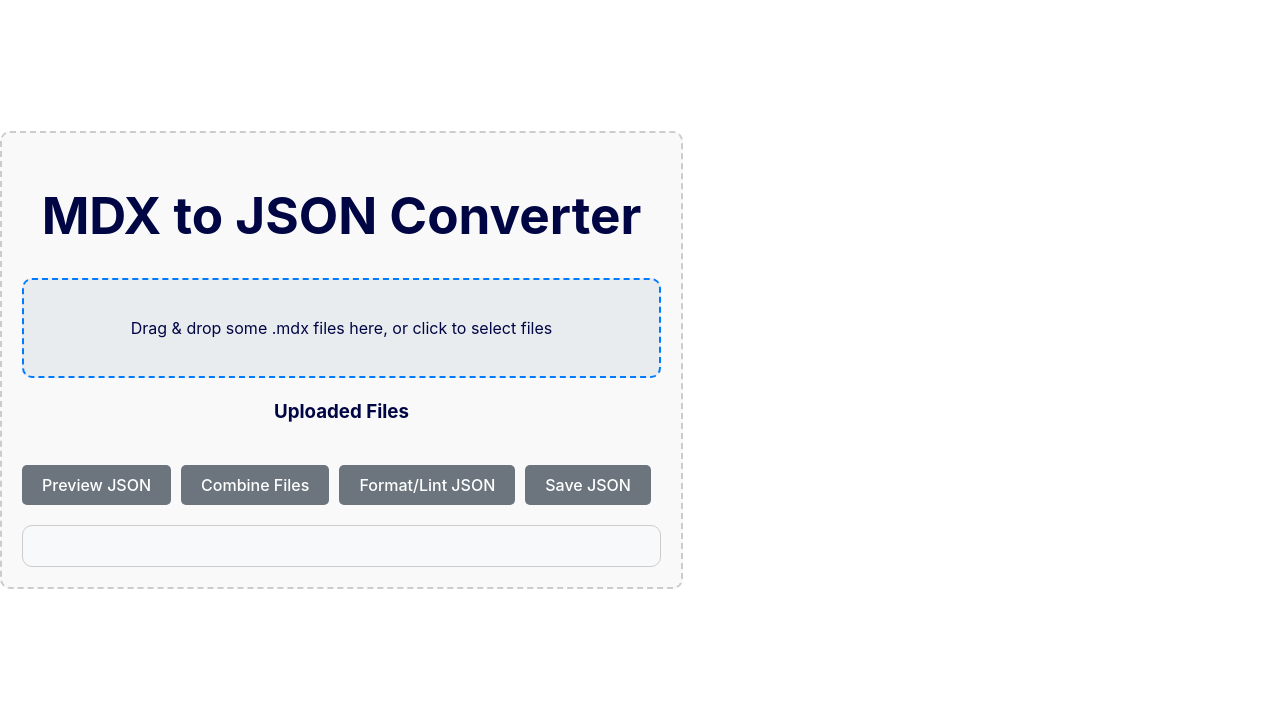
Repository: LayerDynamics/mdx-to-json
Page: /
The author's editor kept a copy of each file at every save. The page is drawn from the files as they stood at one save, then again after the next save.
The browser window is 1280 px wide. The pictures show the whole page.
The project was rebuilt for these pictures with package versions that can differ from the ones it lists, and the page was loaded fresh each time. Also part of the build but not shown: vite.config.ts.

Above is the page before, as saved 2024-08-20 08:22:02.

### src/App.tsx
import React, { useState, useCallback, useEffect } from 'react';
import { useDropzone } from 'react-dropzone';
import { parseMDX, createKnowledgeBaseEntry } from './utils/mdxUtils';
import { Container, Button, DropzoneArea, PreviewContainer } from './styles';
import FileList from './components/FileList';
import FormatButton from './components/FormatButton';

interface KnowledgeBaseEntry {
    title: string;
    tags: string[];
    category: string;
    content: string;
    updatedAt: string;
}

const App: React.FC = () => {
    const [mdxFiles, setMdxFiles] = useState<File[]>([]);
    const [jsonEntries, setJsonEntries] = useState<KnowledgeBaseEntry[]>([]);
    const [combinedJson, setCombinedJson] = useState<KnowledgeBaseEntry | null>(null);

    const onDrop = useCallback((acceptedFiles: File[]) => {
        setMdxFiles([...mdxFiles, ...acceptedFiles]);
    }, [mdxFiles]);

    const { getRootProps, getInputProps } = useDropzone({ onDrop, accept: '.mdx' });

    const handlePreview = async () => {
        const entries: KnowledgeBaseEntry[] = [];

        for (const file of mdxFiles) {
            const content = await file.text();
            const parsed = await parseMDX(content);
            const entry = createKnowledgeBaseEntry(parsed.metadata, parsed.content);
            entries.push(entry);
        }

        console.log('Preview JSON entries:', entries);  // Debugging line

        setJsonEntries(entries);
    };

    const handleCombine = () => {
        console.log('JSON entries before combine:', jsonEntries);  // Debugging line

        const combined = jsonEntries.reduce(
            (acc, curr) => ({
                ...acc,
                title: acc.title + ' & ' + curr.title,
                tags: [...new Set([...acc.tags, ...curr.tags])],
                category: acc.category + ' & ' + curr.category,
                content: acc.content + '\n' + curr.content,
                updatedAt: new Date().toISOString(),
            }),
            { title: '', tags: [], category: '', content: '', updatedAt: '' }
        );

        console.log('Combined JSON:', combined);  // Debugging line

        setCombinedJson(combined);
    };

    const handleSave = () => {
        console.log('Saving JSON:', combinedJson || jsonEntries);  // Debugging line

        const blob = new Blob([JSON.stringify(combinedJson || jsonEntries, null, 2)], { type: 'application/json' });
        const url = URL.createObjectURL(blob);
        const link = document.createElement('a');
        link.href = url;
        link.download = 'knowledge_base.json';
        link.click();
        URL.revokeObjectURL(url);
    };

    const handleDeleteFile = (index: number) => {
        const newFiles = [...mdxFiles];
        newFiles.splice(index, 1);
        setMdxFiles(newFiles);
    };

    const handleFormat = (formattedEntries: KnowledgeBaseEntry[]) => {
        setJsonEntries(formattedEntries);
    };

    // For debugging, you can set some initial dummy data to test
    // useEffect(() => {
    //     setJsonEntries([{
    //         title: 'Test',
    //         tags: ['tag1'],
    //         category: 'Category',
    //         content: 'Test content',
    //         updatedAt: '2024-08-20T12:00:00Z'
    //     }]);
    // }, []);

    return (
        <Container>
            <h1>MDX to JSON Converter</h1>
            <DropzoneArea {...getRootProps()}>
                <input {...getInputProps()} />
                <p>Drag & drop some .mdx files here, or click to select files</p>
            </DropzoneArea>

            <FileList files={mdxFiles} onDelete={handleDeleteFile} />

            <Button onClick={handlePreview} disabled={mdxFiles.length === 0}>Preview JSON</Button>
            <Button onClick={handleCombine} disabled={jsonEntries.length < 2}>Combine Files</Button>
            <FormatButton jsonEntries={jsonEntries} onFormat={handleFormat} />
            <Button onClick={handleSave} disabled={jsonEntries.length === 0 && !combinedJson}>Save JSON</Button>

            <PreviewContainer>
                {combinedJson
                    ? JSON.stringify(combinedJson, null, 2)
                    : jsonEntries.map((entry, index) => (
                          <div key={index}>
                              <h3>{entry.title}</h3>
                              <pre>{JSON.stringify(entry, null, 2)}</pre>
                              <hr />
                          </div>
                      ))}
            </PreviewContainer>
        </Container>
    );
};

export default App;

### src/utils/mdxUtils.ts
// src/utils/mdxUtils.ts
import { unified } from 'unified';
import rehypeParse from 'rehype-parse';
import rehypeRemark from 'rehype-remark';
import remarkParse from 'remark-parse';
import remarkStringify from 'remark-stringify';
import { compile } from '@mdx-js/mdx';
import matter from 'gray-matter';
import { Buffer } from 'buffer';

globalThis.Buffer = Buffer;

export async function parseMDX(mdxContent: string) {
    const { content, data } = matter(mdxContent);

    const jsx = await compile(content);
    return { content: String(jsx), metadata: data };
}

export function convertToPlainText(jsxContent: string) {
    return unified()
        .use(rehypeParse, { fragment: true })
        .use(rehypeRemark)
        .use(remarkParse)
        .use(remarkStringify)
        .processSync(jsxContent).toString();
}

export function createKnowledgeBaseEntry(metadata: any, content: string) {
    return {
        title: metadata.title || 'Untitled',
        tags: metadata.tags || [],
        category: metadata.category || 'General',
        content: convertToPlainText(content),
        updatedAt: metadata.date || new Date().toISOString(),
    };
}

### src/styles.ts
// src/styles.ts
import styled from 'styled-components';

export const Container = styled.div`
    max-width: 800px;
    margin: 0 auto;
    padding: 20px;
    text-align: center;
    border: 2px dashed #ccc;
    border-radius: 10px;
    background-color: #f9f9f9;
    color: #000543;
    position: relative;
    z-index: 1;
`;

export const Button = styled.button`
    padding: 10px 20px;
    margin-top: 20px;
    margin-right: 10px;
    background-color: #007bff;
    color: white;
    border: none;
    border-radius: 5px;
    cursor: pointer;
    z-index: 10;
    position: relative;

    &:hover {
        background-color: #0056b3;
    }

    &:disabled {
        background-color: #6c757d;
        cursor: not-allowed;
    }
`;

export const DropzoneArea = styled.div`
    padding: 20px;
    border: 2px dashed #007bff;
    border-radius: 10px;
    background-color: #e9ecef;
    margin-bottom: 20px;
    cursor: pointer;
    position: relative;
    z-index: 2;

    &:hover {
        background-color: #dee2e6;
    }
`;


export const PreviewContainer = styled.div`
    margin-top: 20px;
    text-align: left;
    white-space: pre-wrap;
    background-color: #f8f9fa;
    padding: 20px;
    border-radius: 10px;
    border: 1px solid #ccc;
    position: relative;
    z-index: 5;
`;

### src/components/FileList.tsx
// src/components/FileList.tsx
import React from 'react';

interface FileListProps {
    files: File[];
    onDelete: (index: number) => void;
}

const FileList: React.FC<FileListProps> = ({ files, onDelete }) => {
    return (
        <div>
            <h3>Uploaded Files</h3>
            <ul>
                {files.map((file, index) => (
                    <li key={index}>
                        {file.name}
                        <button onClick={() => onDelete(index)}>Delete</button>
                    </li>
                ))}
            </ul>
        </div>
    );
};

export default FileList;

### src/components/FormatButton.tsx
// src/components/FormatButton.tsx
import React from 'react';
import { Button } from '../styles';

interface FormatButtonProps {
    jsonEntries: any;
    onFormat: (formattedEntries: any) => void;
}

const FormatButton: React.FC<FormatButtonProps> = ({ jsonEntries, onFormat }) => {
    const handleFormat = () => {
        const formatted = jsonEntries.map((entry: any) =>
            JSON.parse(JSON.stringify(entry, null, 2))
        );
        onFormat(formatted);
    };

    return (
        <Button onClick={handleFormat} disabled={!jsonEntries.length}>
            Format/Lint JSON
        </Button>
    );
};

export default FormatButton;

Loaded but not shown: index.html (common file); src/main.tsx (common file); src/index.css (common file)

After the next save:
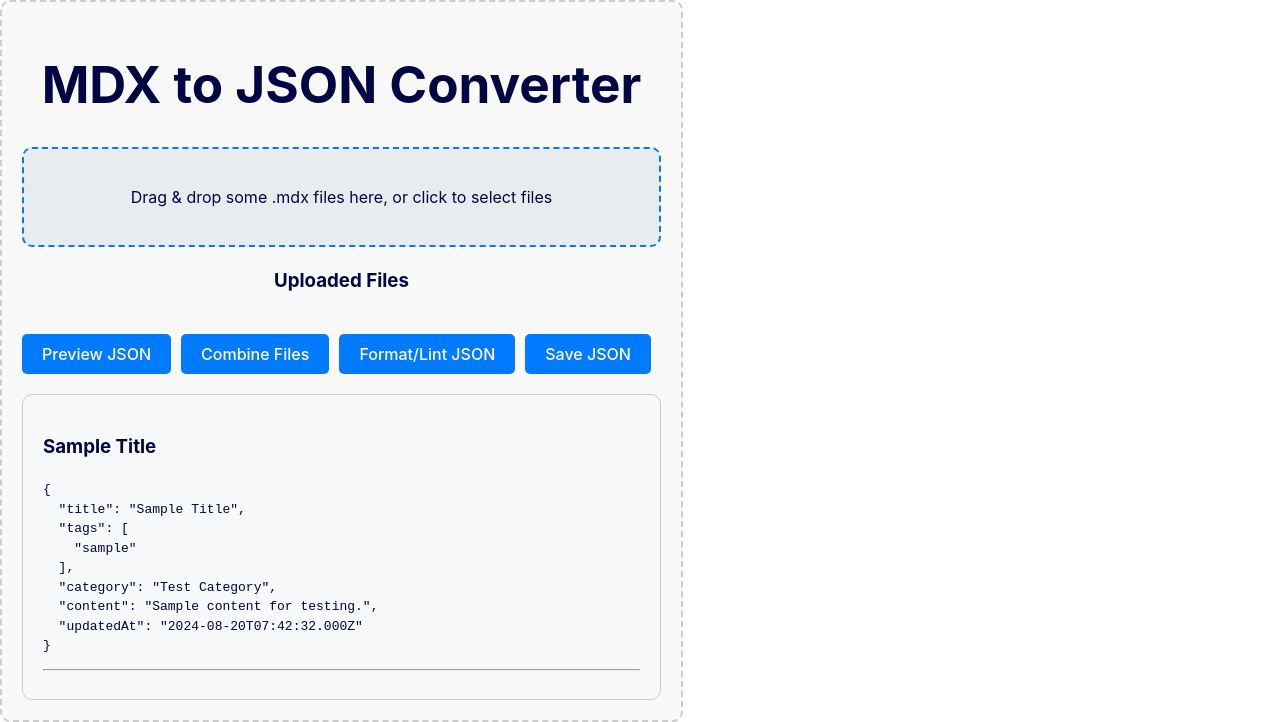
Saved 95 s later.
--- a/src/App.tsx
+++ b/src/App.tsx
@@ -81,16 +81,16 @@ const App: React.FC = () => {
         setJsonEntries(formattedEntries);
     };
 
-    // For debugging, you can set some initial dummy data to test
-    // useEffect(() => {
-    //     setJsonEntries([{
-    //         title: 'Test',
-    //         tags: ['tag1'],
-    //         category: 'Category',
-    //         content: 'Test content',
-    //         updatedAt: '2024-08-20T12:00:00Z'
-    //     }]);
-    // }, []);
+    // Temporary test data
+    useEffect(() => {
+        setJsonEntries([{
+            title: 'Sample Title',
+            tags: ['sample'],
+            category: 'Test Category',
+            content: 'Sample content for testing.',
+            updatedAt: new Date().toISOString(),
+        }]);
+    }, []);
 
     return (
         <Container>
@@ -102,10 +102,10 @@ const App: React.FC = () => {
 
             <FileList files={mdxFiles} onDelete={handleDeleteFile} />
 
-            <Button onClick={handlePreview} disabled={mdxFiles.length === 0}>Preview JSON</Button>
-            <Button onClick={handleCombine} disabled={jsonEntries.length < 2}>Combine Files</Button>
+            <Button onClick={handlePreview}>Preview JSON</Button>
+            <Button onClick={handleCombine}>Combine Files</Button>
             <FormatButton jsonEntries={jsonEntries} onFormat={handleFormat} />
-            <Button onClick={handleSave} disabled={jsonEntries.length === 0 && !combinedJson}>Save JSON</Button>
+            <Button onClick={handleSave}>Save JSON</Button>
 
             <PreviewContainer>
                 {combinedJson
